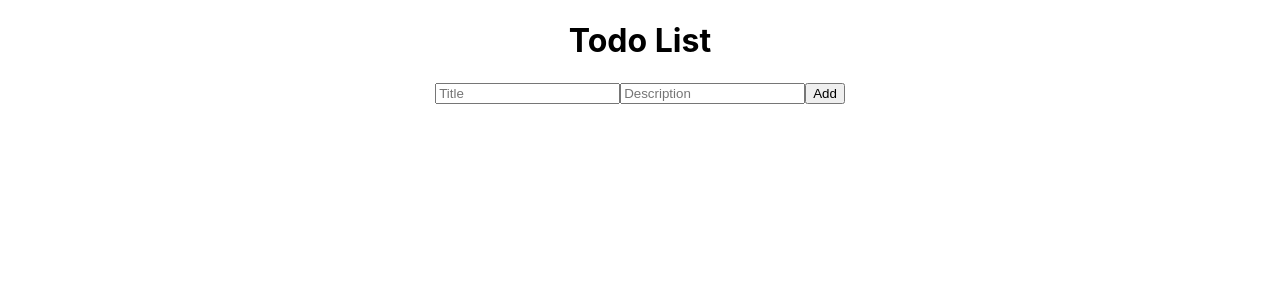
Repository: Juan-Christian-2711/todo
Page: / (app in frontend/)
The author's editor kept a copy of each file at every save. The page is drawn from the files as they stood at one save, then again after a run of saves.
The browser window is 1280 px wide. The pictures show the whole page.
The project was rebuilt for these pictures with package versions that can differ from the ones it lists, and the page was loaded fresh each time.

Above is the page before, as saved 2024-03-29 14:46:32.

After the next 3 saves:
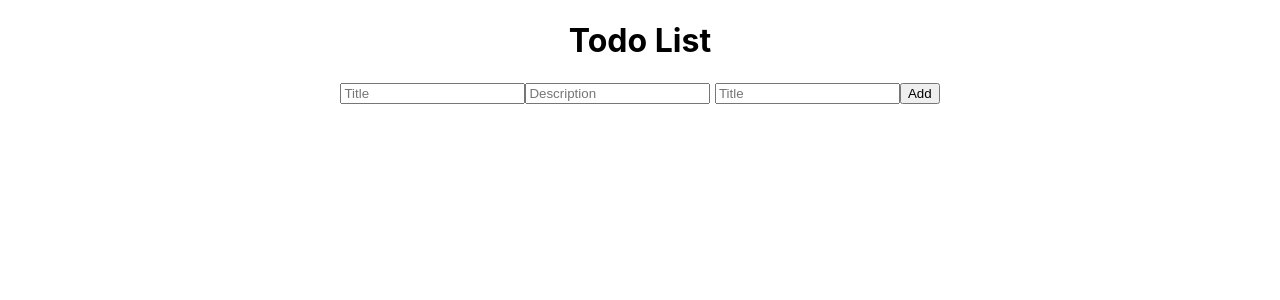
The 3 saves are shown as one change because they came seconds apart.
The last was saved 12 s later.
--- a/frontend/src/App.js
+++ b/frontend/src/App.js
@@ -36,6 +36,11 @@ function App() {
           placeholder="Description"
           value={inputValue}
           onChange={handleChange}
+        />        <input
+          type="text"
+          placeholder="Title"
+          value={inputValue}
+          onChange={handleChange}
         />
         <button type="submit">Add</button>
       </form>
